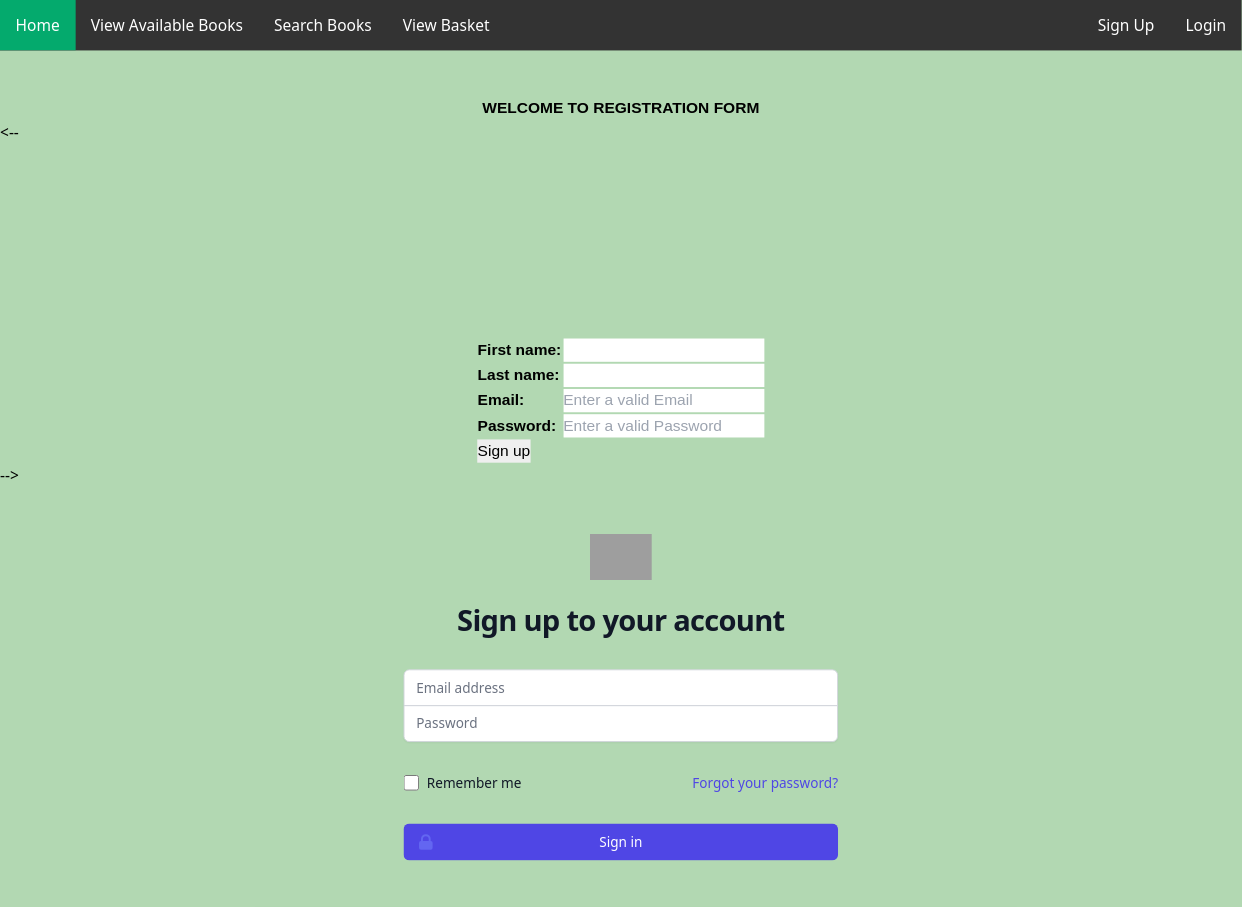
Repository: sach7691/original-book-store
Page: http://localhost/online-book-store-application/
These files come from the project's save history. The page is drawn as it stood at one moment and after the next save; the edit follows.
The browser window is 1280 px wide. The pictures show the whole page, at 97% of full size.
Pictures or frames that could not be fetched are drawn as grey boxes. The page is served by Tomcat 9.

Above is the page before, as saved 2022-08-25 16:39:55.

After the next save:
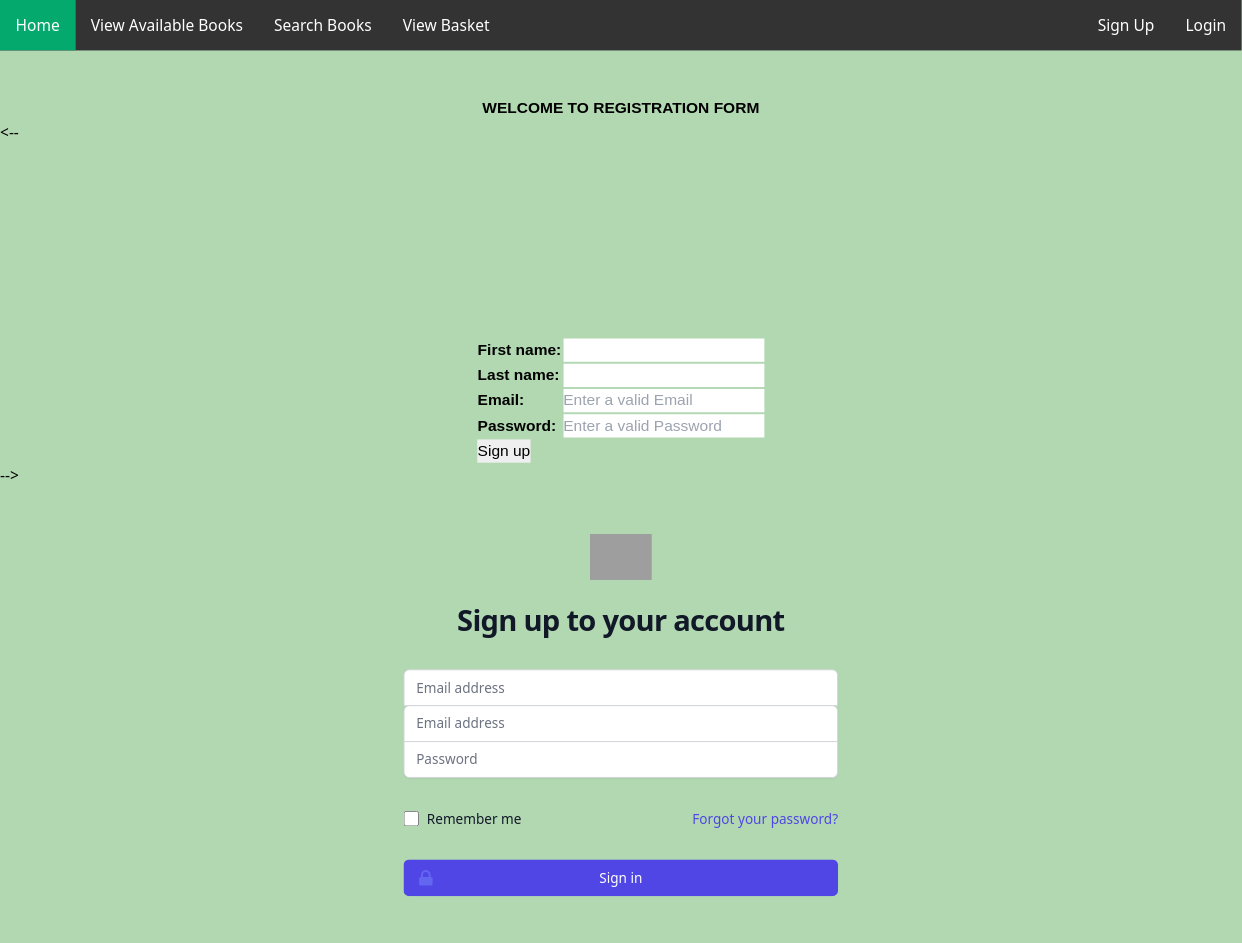
Saved 2 min 37 s later.
--- a/online-book-store-application/src/main/webapp/index.jsp
+++ b/online-book-store-application/src/main/webapp/index.jsp
@@ -108,6 +108,10 @@ ul.topnav li.right {float: right;}
     <form class="mt-8 space-y-6" action="http://localhost:8080/online-book-store-application/CustomerRegistrationServlet" method="POST">
       <input type="hidden" name="remember" value="true">
       <div class="rounded-md shadow-sm -space-y-px">
+      <div>
+          <label for="firstName" class="sr-only">First Name</label>
+          <input id="firstName" name="firstName" type="firstName" autocomplete="firstName" required class="appearance-none rounded-none relative block w-full px-3 py-2 border border-gray-300 placeholder-gray-500 text-gray-900 rounded-t-md focus:outline-none focus:ring-indigo-500 focus:border-indigo-500 focus:z-10 sm:text-sm" placeholder="Email address">
+        </div>
         <div>
           <label for="email-address" class="sr-only">Email address</label>
           <input id="email-address" name="email" type="email" autocomplete="email" required class="appearance-none rounded-none relative block w-full px-3 py-2 border border-gray-300 placeholder-gray-500 text-gray-900 rounded-t-md focus:outline-none focus:ring-indigo-500 focus:border-indigo-500 focus:z-10 sm:text-sm" placeholder="Email address">
